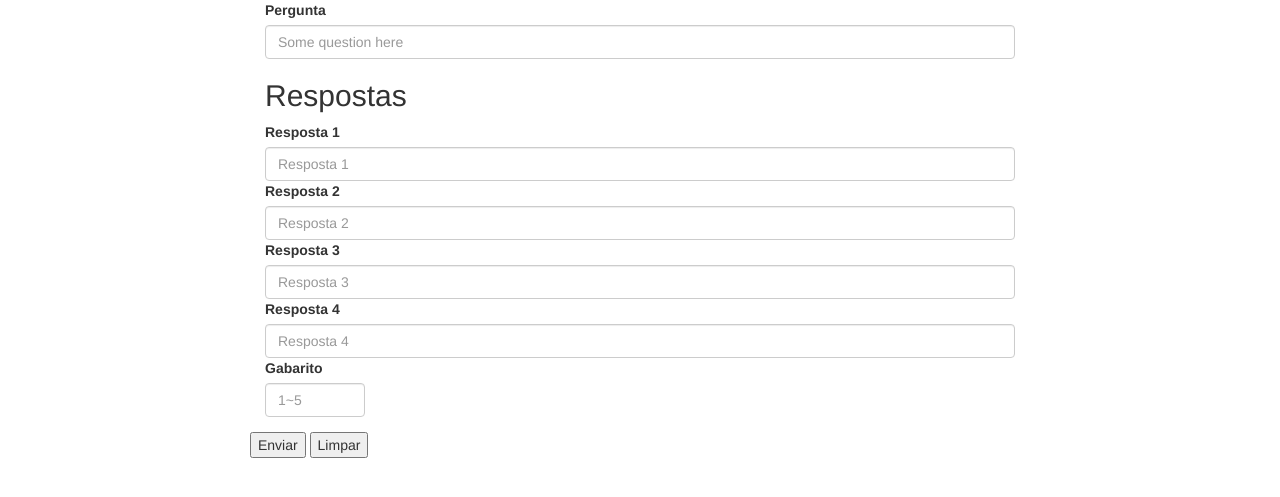
Repository: brunoUnigranrio/TDEs-Daw
Page: http://localhost/TDE1/cadastrarFormulario.jsp
An editor plug-in stored every save of this project. The page is shown before and after the next save, followed by the edit.
The browser window is 1280 px wide. The pictures show the whole page.
The page is served by Tomcat 9. Other server files are loaded and not shown.

Above is the page before, as saved 2019-06-16 21:56:00.
Console error (its wording comes from the project's code and is left out).

### TDE1/WebContent/cadastrarFormulario.jsp
<%@ page language="java" contentType="text/html; charset=UTF-8"
    pageEncoding="UTF-8"%>
<!DOCTYPE html>
<html>
<head>
<meta charset="UTF-8">
<title>Cadastro de formulário</title>
<!-- Latest compiled and minified CSS -->
<link rel="stylesheet" href="https://stackpath.bootstrapcdn.com/bootstrap/3.4.1/css/bootstrap.min.css" integrity="sha384-HSMxcRTRxnN+Bdg0JdbxYKrThecOKuH5zCYotlSAcp1+c8xmyTe9GYg1l9a69psu" crossorigin="anonymous">

<!-- Optional theme -->
<link rel="stylesheet" href="https://stackpath.bootstrapcdn.com/bootstrap/3.4.1/css/bootstrap-theme.min.css" integrity="sha384-6pzBo3FDv/PJ8r2KRkGHifhEocL+1X2rVCTTkUfGk7/0pbek5mMa1upzvWbrUbOZ" crossorigin="anonymous">

<!-- Latest compiled and minified JavaScript -->
<script src="https://stackpath.bootstrapcdn.com/bootstrap/3.4.1/js/bootstrap.min.js" integrity="sha384-aJ21OjlMXNL5UyIl/XNwTMqvzeRMZH2w8c5cRVpzpU8Y5bApTppSuUkhZXN0VxHd" crossorigin="anonymous"></script>
</head>
<body>
<div class = "container">
<div class = "row">
<div class = "col-md-8 col-md-offset-2">


<form  method = "post" action="CadastrarPergunta">
  <div class="form-group">
    <label for="perguntaInput">Pergunta</label>
    <input type="text" class="form-control" name ="perguntaInput" id="perguntaInput" placeholder="Some question here">
  </div>
  <div class="form-group">
  <h2 class=>Respostas</h2>
  <%
  int i =1;
  for (i = 1; i < 5; i++) {
	  out.println(
		"<label for=\"r" + i + "\">Resposta " + i + "</label>"
			  );
	 out.println(
			 " <input type=\"text\" class=\"form-control\" id=\"r" +i + "\" placeholder=\"Resposta " +i+ " \" \\> "
			 );

  }

  %>
  <div class="row">
  <div class= "col-md-2">
   <label for="gaba">Gabarito</label>
    <input type="number" class="form-control" id="gabarito" placeholder="1~5" >
  </div>

  </div>


  </div>
  <div class="row">
  <button type="submit">Enviar</button>
  <button type="reset">Limpar</button>
  </div>
</form>
</div>

</div>

</body>
</html>

After the next save:
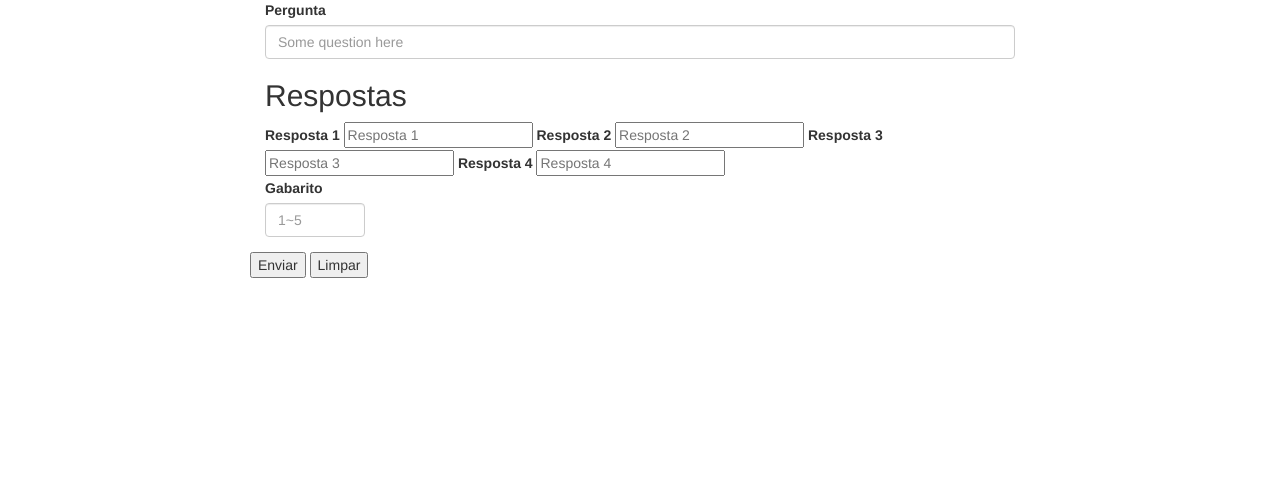
Saved 73 s later.
--- a/TDE1/WebContent/cadastrarFormulario.jsp
+++ b/TDE1/WebContent/cadastrarFormulario.jsp
@@ -34,7 +34,7 @@
 		"<label for=\"r" + i + "\">Resposta " + i + "</label>"
 			  );
 	 out.println(
-			 " <input type=\"text\" class=\"form-control\" id=\"r" +i + "\" placeholder=\"Resposta " +i+ " \" \\> "
+			 " <input type=\"text\" name=\" r" +i+ " class=\"form-control\" id=\"r" +i + "\" placeholder=\"Resposta " +i+ " \" \\> "
 			 );
 
   }

After the 2 saves that followed:
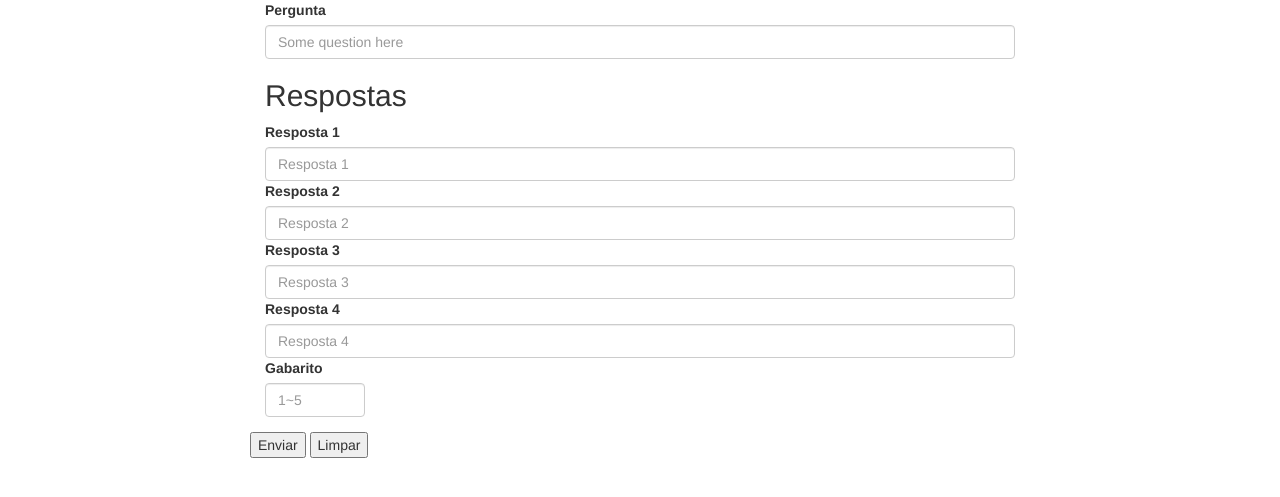
The 2 saves are shown as one change because 1 did not build or start.
The last was saved 64 s later.
--- a/TDE1/WebContent/cadastrarFormulario.jsp
+++ b/TDE1/WebContent/cadastrarFormulario.jsp
@@ -34,7 +34,7 @@
 		"<label for=\"r" + i + "\">Resposta " + i + "</label>"
 			  );
 	 out.println(
-			 " <input type=\"text\" name=\" r" +i+ " class=\"form-control\" id=\"r" +i + "\" placeholder=\"Resposta " +i+ " \" \\> "
+			 " <input type=\"text\" name=\" r" +i+ "\" class=\"form-control\" id=\"r" +i + "\" placeholder=\"Resposta " +i+ " \" \\> "
 			 );
 
   }
